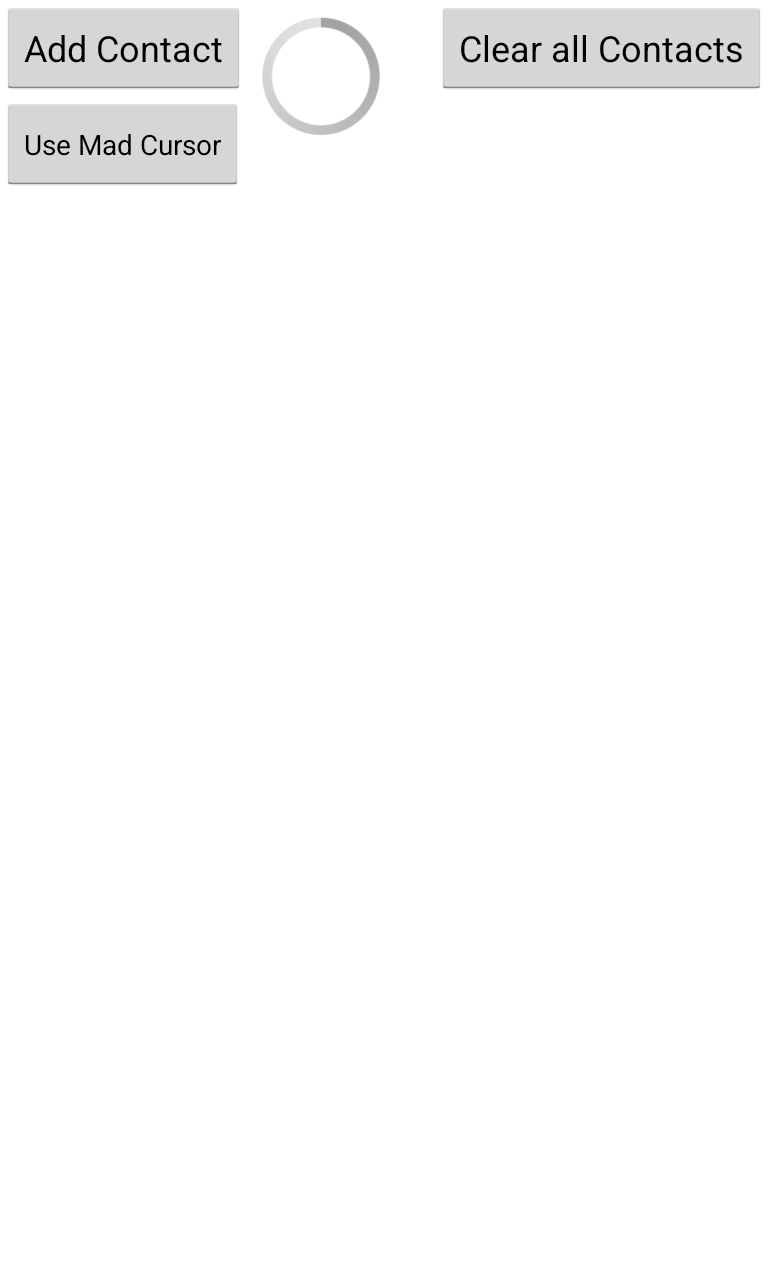
Repository: yoszka/Andro_apps
Layout: ContactsTest/res/layout/activity_main.xml
These files come from the project's save history. The layout is drawn as it stood at one moment and after the next save; the edit follows.
It is drawn on a 768 x 1280 px phone screen (xhdpi) without system bars, with theme AppTheme; the app's code is not run.

Above is the layout before, as saved 2013-02-13 23:51:31.

### ContactsTest/res/layout/activity_main.xml
<RelativeLayout xmlns:android="http://schemas.android.com/apk/res/android"
    xmlns:tools="http://schemas.android.com/tools"
    android:layout_width="match_parent"
    android:layout_height="match_parent"
    tools:context=".MainActivity" >

    <Button
        android:id="@+id/button1"
        android:layout_width="wrap_content"
        android:layout_height="wrap_content"
        android:layout_alignParentLeft="true"
        android:layout_alignParentTop="true"
        android:onClick="addContactClick"
        android:text="Add Contact" />

    <Button
        android:id="@+id/button2"
        android:layout_width="wrap_content"
        android:layout_height="wrap_content"
        android:layout_alignParentRight="true"
        android:layout_alignParentTop="true"
        android:onClick="deleteAllContactsClick"
        android:text="Clear all Contacts" />

    <Button
        android:id="@+id/button3"
        style="?android:attr/buttonStyleSmall"
        android:layout_width="wrap_content"
        android:layout_height="wrap_content"
        android:layout_alignParentLeft="true"
        android:layout_below="@+id/button1"
        android:onClick="onClickUseMadCursor"
        android:text="Use Mad Cursor" />

    <ProgressBar
        android:id="@+id/progressBarLoading"
        style="?android:attr/progressBarStyleLarge"
        android:layout_width="wrap_content"
        android:layout_height="wrap_content"
        android:layout_above="@+id/textViewLoading"

        android:layout_toRightOf="@+id/button3" />

    <TextView
        android:id="@+id/textViewLoading"
        android:layout_width="wrap_content"
        android:layout_height="wrap_content"
        android:layout_centerHorizontal="true"
        android:layout_centerVertical="true"
        android:visibility="gone"
        android:text="@string/tv_txt_loading" />

</RelativeLayout>

### ContactsTest/res/values/strings.xml
<?xml version="1.0" encoding="utf-8"?>
<resources>

    <string name="app_name">ContactsTest</string>
    <string name="tv_txt_loading">Loading...</string>
    <string name="menu_settings">Settings</string>

</resources>

Loaded but not shown: ContactsTest/res/values/styles.xml (common file); ContactsTest/res/values-v11/styles.xml (common file); ContactsTest/res/values-v14/styles.xml (common file)

After the next save:
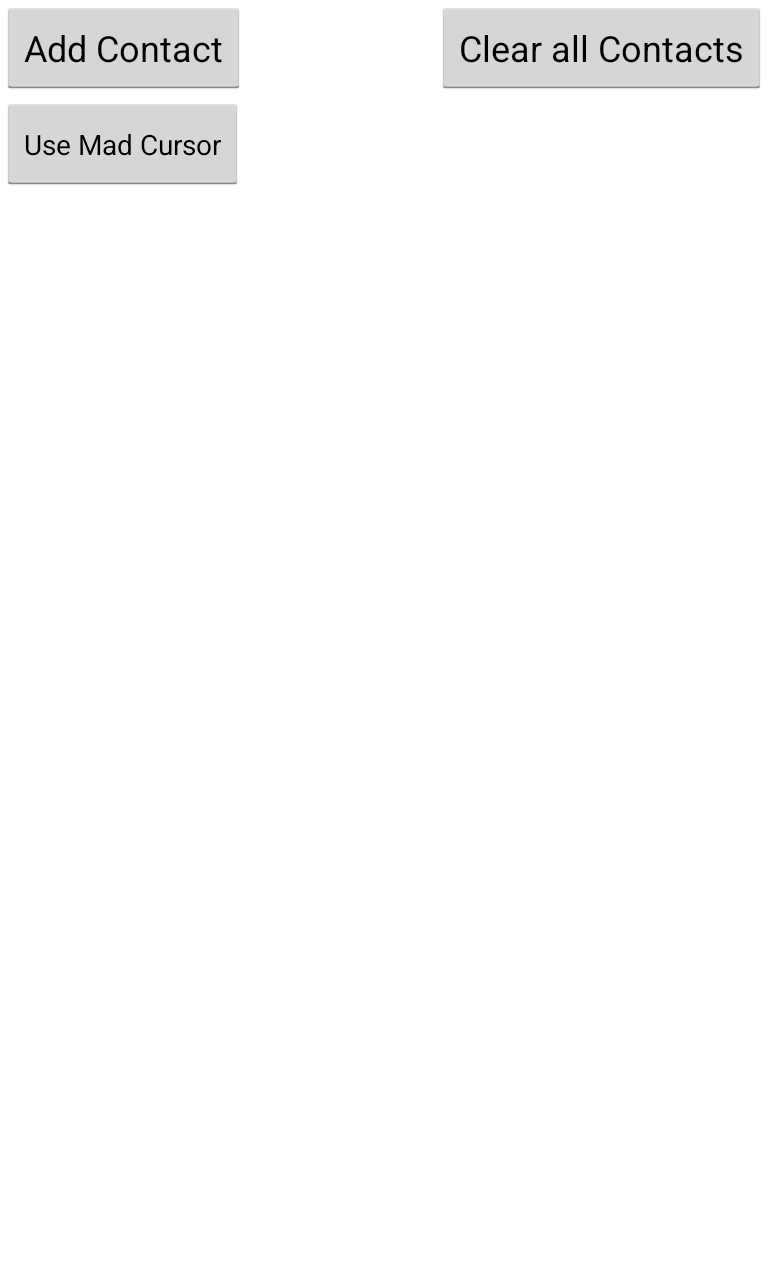
Saved 13 s later.
--- a/ContactsTest/res/layout/activity_main.xml
+++ b/ContactsTest/res/layout/activity_main.xml
@@ -32,15 +32,6 @@
         android:onClick="onClickUseMadCursor"
         android:text="Use Mad Cursor" />
 
-    <ProgressBar
-        android:id="@+id/progressBarLoading"
-        style="?android:attr/progressBarStyleLarge"
-        android:layout_width="wrap_content"
-        android:layout_height="wrap_content"
-        android:layout_above="@+id/textViewLoading"
-
-        android:layout_toRightOf="@+id/button3" />
-
     <TextView
         android:id="@+id/textViewLoading"
         android:layout_width="wrap_content"
@@ -50,4 +41,13 @@
         android:visibility="gone"
         android:text="@string/tv_txt_loading" />
 
+    <ProgressBar
+        android:id="@+id/progressBarLoading"
+        style="?android:attr/progressBarStyleLarge"
+        android:layout_width="wrap_content"
+        android:layout_height="wrap_content"
+        android:layout_centerHorizontal="true"
+        android:visibility="gone"
+        android:layout_centerVertical="true" />
+
 </RelativeLayout>
